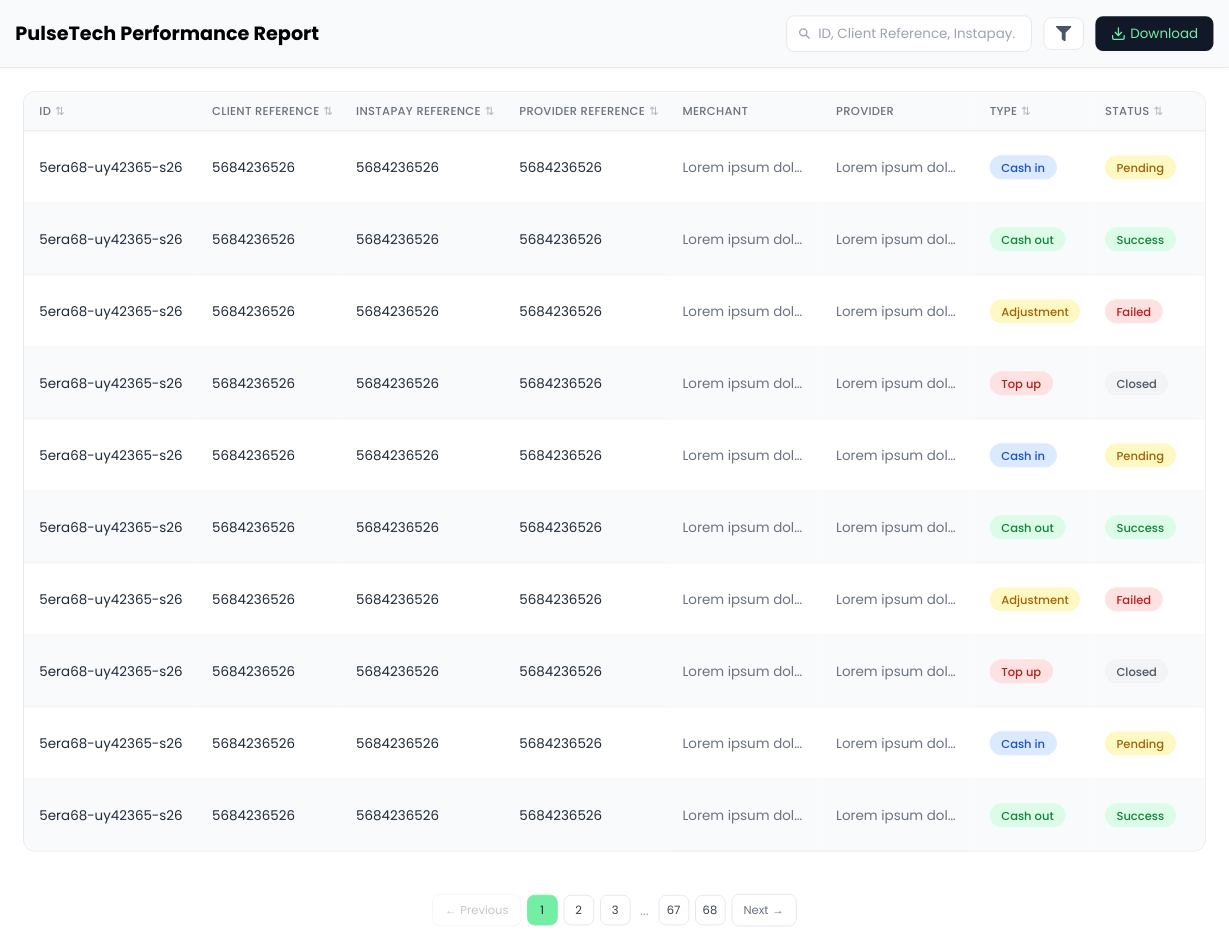
Repository: ShyrineJardin/pulse_admin
Page: /dashboard
These files come from the project's save history. The page is drawn as it stood at one moment and after a run of saves; the edit follows.
The browser window is 1280 px wide. The pictures show the whole page, at 96% of full size.
The project was rebuilt for these pictures with package versions that can differ from the ones it lists, and the page was loaded fresh each time. Also part of the build but not shown: src/components/Login.jsx.

Above is the page before, as saved 2026-03-26 16:04:47.

After the next 2 saves:
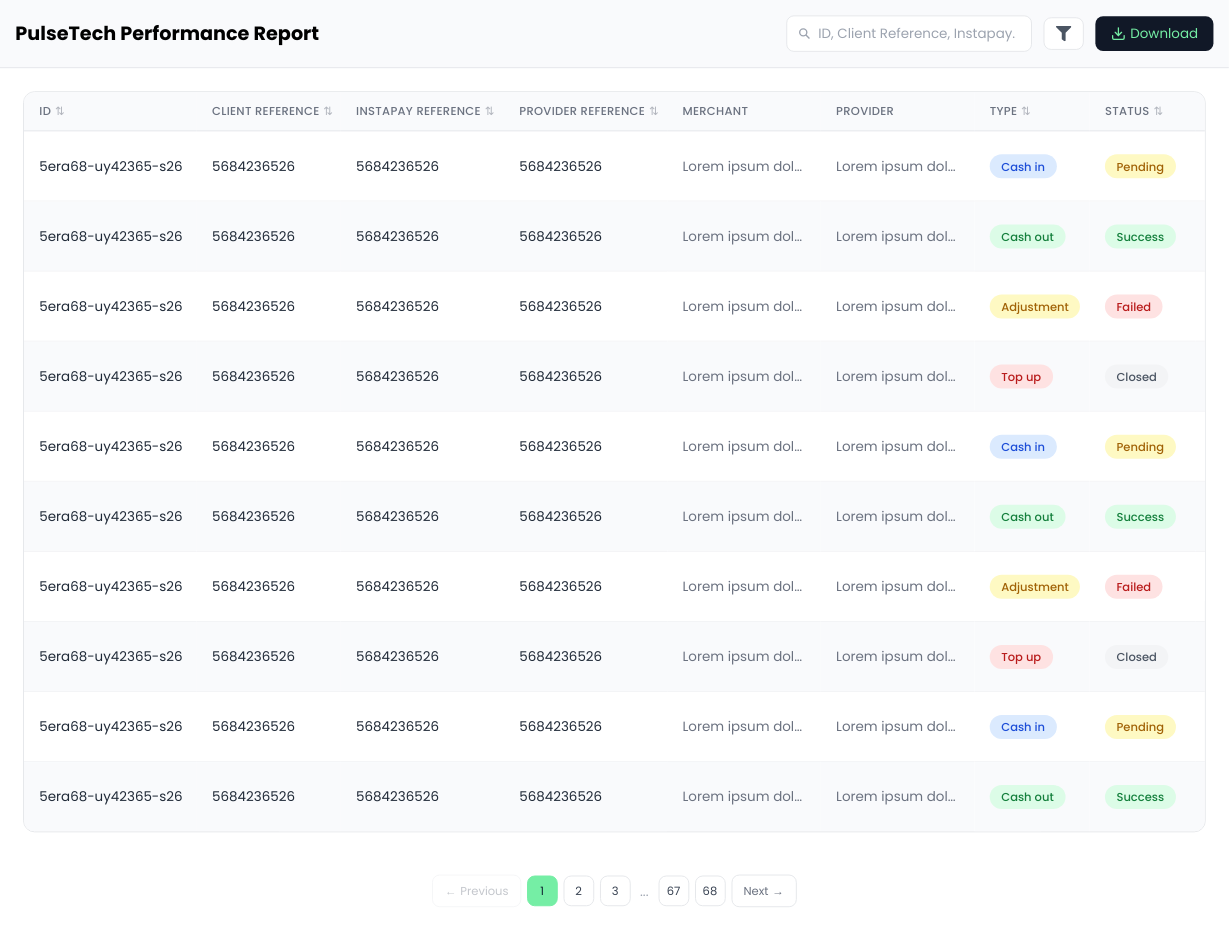
The 2 saves are shown as one change because they came seconds apart.
The last was saved 10 s later.
--- a/src/components/Dashboard.jsx
+++ b/src/components/Dashboard.jsx
@@ -395,8 +395,8 @@
                   <td className="px-4 py-3 text-gray-800 whitespace-nowrap">{row.createdDate}</td>
                   <td className="px-4 py-3 whitespace-nowrap">
                     <div className="flex gap-2">
-                      <button className="m-3 px-3 py-1 text-xs border border-gray-200 rounded-md hover:bg-gray-100">Details</button>
-                      <button className="px-3 py-1 text-xs bg-primary text-btn-text rounded-md hover:bg-dark-primary">Resend Webhook</button>
+                      <button className="px-3 py-1 text-xs border border-gray-200 rounded-md hover:bg-gray-100">Details</button>
+                      <button className="m-3 px-3 py-1 text-xs bg-primary text-btn-text rounded-md hover:bg-dark-primary">Resend Webhook</button>
                     </div>
                   </td>
                 </tr>
